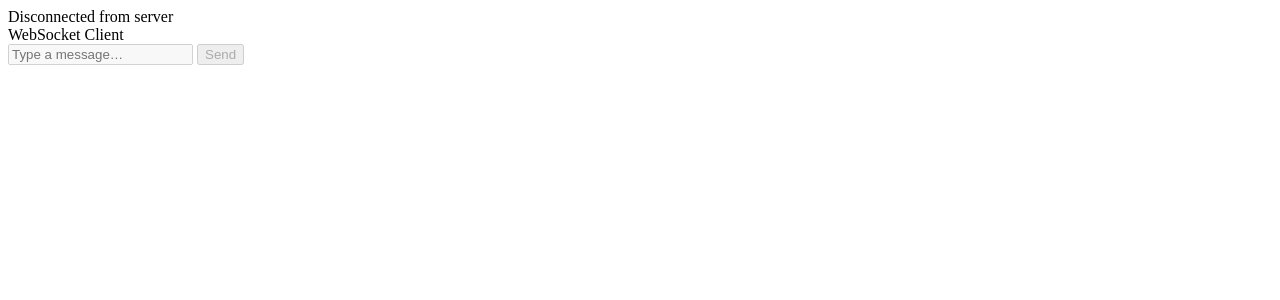
Repository: Mbote-Joseph/WebSocket-test-chat-app
Page: client/index.html
These files come from the project's save history. The page is drawn as it stood at one moment and after the next save; the edit follows.
The browser window is 1280 px wide. The pictures show the whole page.

Above is the page before, as saved 2025-10-02 02:20:39.

### client/index.html
<!--
 Copyright 2025 josephmbote

 Licensed under the Apache License, Version 2.0 (the "License");
 you may not use this file except in compliance with the License.
 You may obtain a copy of the License at

     https://www.apache.org/licenses/LICENSE-2.0

 Unless required by applicable law or agreed to in writing, software
 distributed under the License is distributed on an "AS IS" BASIS,
 WITHOUT WARRANTIES OR CONDITIONS OF ANY KIND, either express or implied.
 See the License for the specific language governing permissions and
 limitations under the License.
-->


<!DOCTYPE html>
<html lang="en">
<head>
  <meta charset="UTF-8" />
  <meta name="viewport" content="width=device-width, initial-scale=1.0" />
  <title>Client Side - WebSocket</title>
</head>
<body>
  <div class="chat-card">
  <div class="chat-header">
    <div id="status" class="status disconnected">Disconnected from server</div>
    <div class="chat-title">WebSocket Client</div>
  </div>

  <div id="messages"></div>

  <div class="chat-input">
    <input type="text" id="messageInput" placeholder="Type a message…" />
    <button id="sendBtn">Send</button>
  </div>
</div>


  <!-- Keep script at the bottom so elements exist when JS runs -->
  <script src="script.js"></script>
</body>
</html>

### client/script.js
// Copyright 2025 josephmbote
//
// Licensed under the Apache License, Version 2.0 (the "License");
// you may not use this file except in compliance with the License.
// You may obtain a copy of the License at
//
//     https://www.apache.org/licenses/LICENSE-2.0
//
// Unless required by applicable law or agreed to in writing, software
// distributed under the License is distributed on an "AS IS" BASIS,
// WITHOUT WARRANTIES OR CONDITIONS OF ANY KIND, either express or implied.
// See the License for the specific language governing permissions and
// limitations under the License.

let socket = null;
const statusElement = document.getElementById('status');
const messagesElement = document.getElementById('messages');
const messageInput = document.getElementById('messageInput');
const sendBtn = document.getElementById('sendBtn');

function connectWebSocket(){
    console.log(`Connecting to WebSocket server...`);
    socket = new WebSocket('ws://localhost:9001');

    socket.onopen = function(event) {
        console.log(`WebSocket connection opened`);
        updatedStatus('connected', 'Connected to server');
        enableControls(true);
        addMessage('System: Connected to Server', 'server-message');
    };

    socket.onmessage = function(event){
        console.log('Message received:', event.data);
        addMessage(`Server: ${event.data}`, 'server-message'); // fixed class placement
    };

    socket.onclose = function(event){
        console.log(`WebSocket connection closed`);
        updatedStatus('disconnected', 'Disconnected from server');
        enableControls(false);
        addMessage('System: Connection closed','server-message');
    };

    socket.onerror = function(error){
        console.error(`WebSocket error:`, error);
        updatedStatus('error', 'Connection error');
        enableControls(false);
        addMessage('System: connection error - make sure server is running', 'server-message');
    };
}

function disconnectWebSocket(){
    if (socket && socket.readyState === WebSocket.OPEN){
        console.log(`Closing WebSocket connection...`);
        socket.close();
    }
}

function sendMessage(){
    const message = messageInput.value.trim(); // fixed: was ariaValueMax

    if(!message){
        alert(`Please enter a message!`);
        return;
    }

    if (socket && socket.readyState === WebSocket.OPEN){
        console.log(`Sending message: ${message}`);
        socket.send(message); // fixed: was sendMessage()
        addMessage(`You: ${message}`, 'client-message'); // fixed class placement
        messageInput.value = '';
    }else {
        alert(`WebSocket is not connected!`)
    }
}

function updatedStatus(state, text){
    statusElement.className = 'status ' + state;
    statusElement.textContent = text;
}

function enableControls(connected){
    messageInput.disabled = !connected;
    sendBtn.disabled = !connected;
}

function addMessage(text, className){
    const messageDiv = document.createElement('div');
    messageDiv.className = 'message ' + className;
    messageDiv.textContent = text;
    messagesElement.appendChild(messageDiv);
    messagesElement.scrollTop = messagesElement.scrollHeight;
}

// Allow Sending messages by pressing Enter
messageInput.addEventListener('keypress',  function(event){
    if (event.key === 'Enter'){
        sendMessage();
    }
});

enableControls(false)

After the next save:
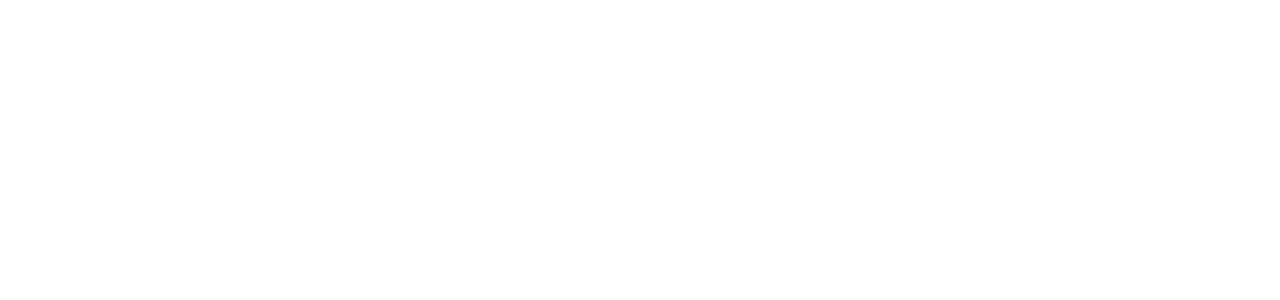
Console error: TypeError: Cannot read properties of null (reading 'addEventListener')
Saved 19 min 54 s later.
--- a/client/index.html
+++ b/client/index.html
@@ -23,7 +23,7 @@
   <title>Client Side - WebSocket</title>
 </head>
 <body>
-  <div class="chat-card">
+  <!-- <div class="chat-card">
   <div class="chat-header">
     <div id="status" class="status disconnected">Disconnected from server</div>
     <div class="chat-title">WebSocket Client</div>
@@ -35,7 +35,7 @@
     <input type="text" id="messageInput" placeholder="Type a message…" />
     <button id="sendBtn">Send</button>
   </div>
-</div>
+</div> -->
 
 
   <!-- Keep script at the bottom so elements exist when JS runs -->

After the save that followed:
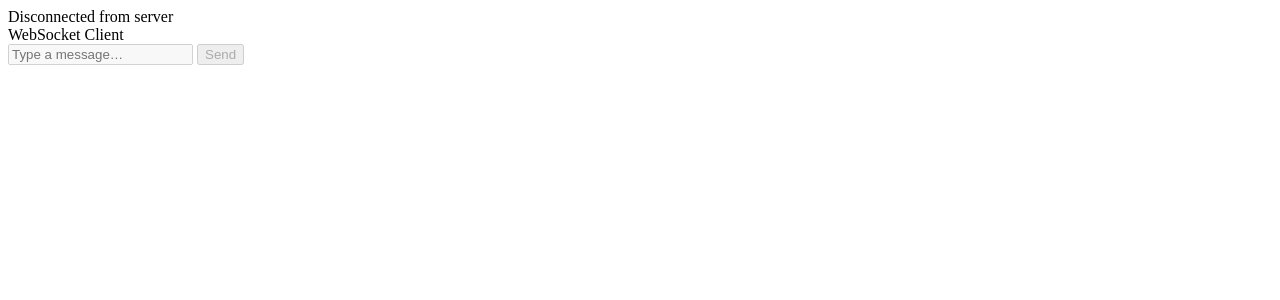
The error is gone.
Saved 20 s later.
--- a/client/index.html
+++ b/client/index.html
@@ -23,7 +23,7 @@
   <title>Client Side - WebSocket</title>
 </head>
 <body>
-  <!-- <div class="chat-card">
+  <div class="chat-card">
   <div class="chat-header">
     <div id="status" class="status disconnected">Disconnected from server</div>
     <div class="chat-title">WebSocket Client</div>
@@ -35,7 +35,7 @@
     <input type="text" id="messageInput" placeholder="Type a message…" />
     <button id="sendBtn">Send</button>
   </div>
-</div> -->
+</div>
 
 
   <!-- Keep script at the bottom so elements exist when JS runs -->
